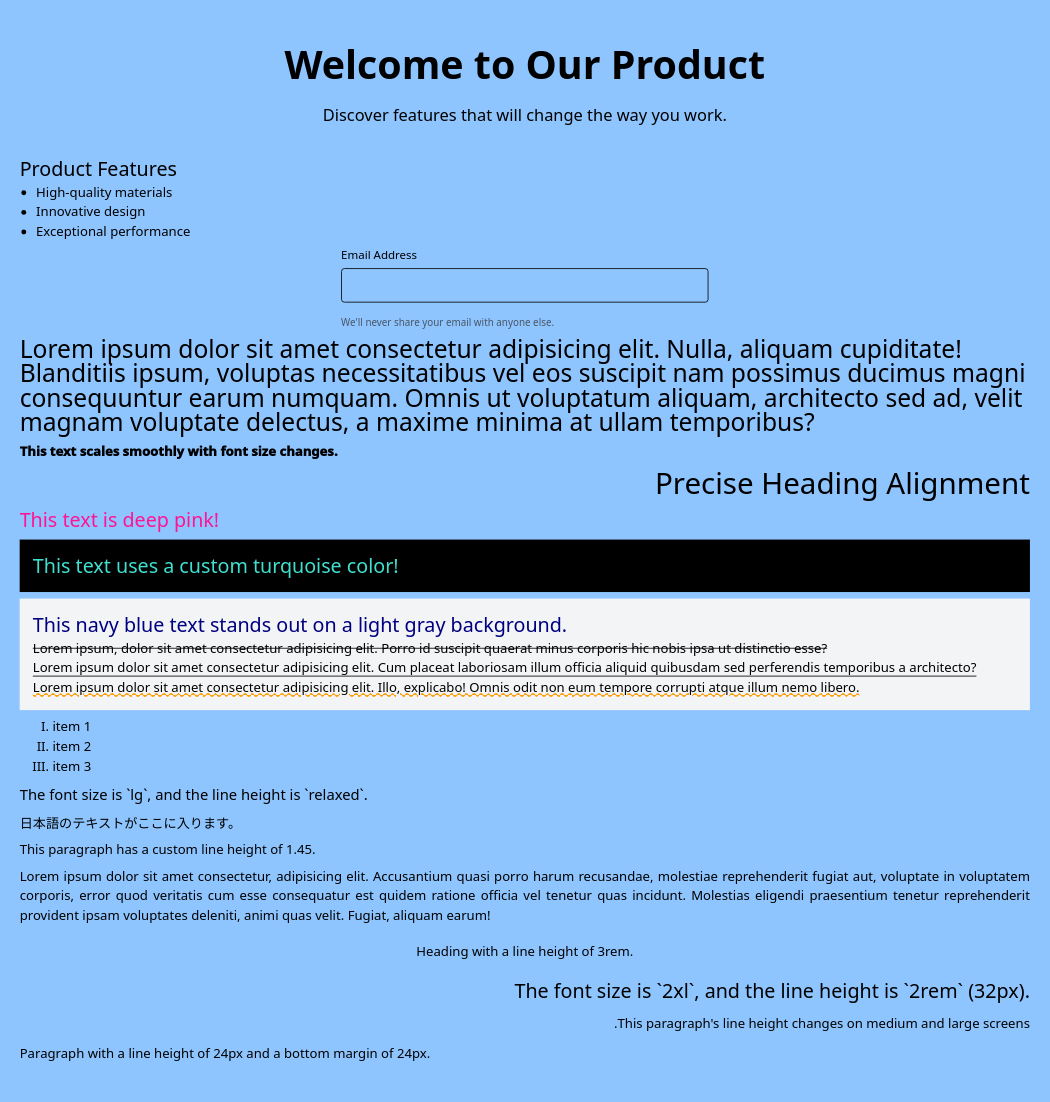
Repository: DinTri/TailwindCss
Page: index.html
These files come from the project's save history. The page is drawn as it stood at one moment and after the next save; the edit follows.
The browser window is 1280 px wide. The pictures show the whole page, at 82% of full size.
Some web fonts or font styles are not loaded; a fallback is used.

Above is the page before, as saved 2025-06-09 22:46:25.

After the next save:
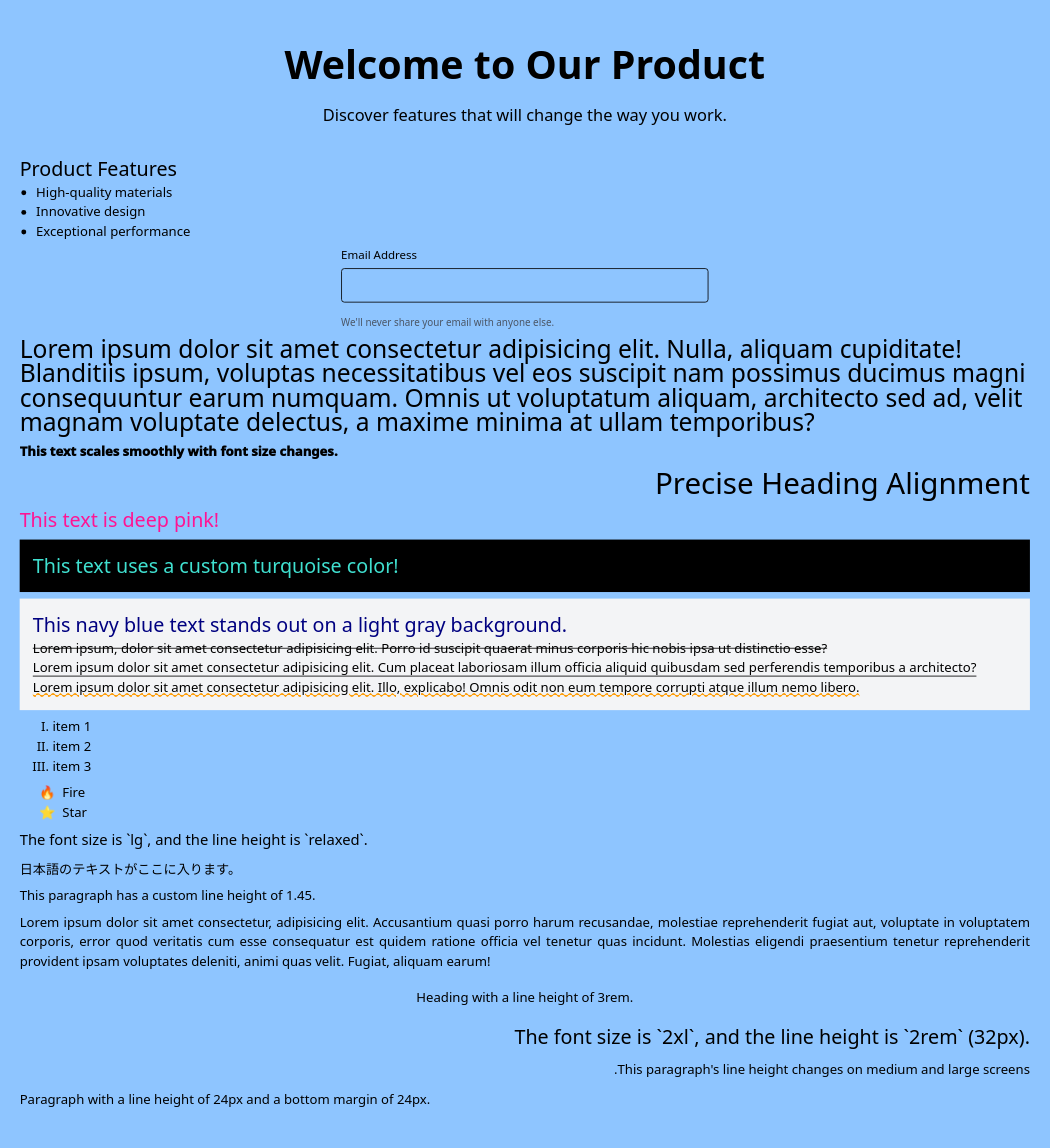
Saved 9 min 27 s later.
--- a/index.html
+++ b/index.html
@@ -66,6 +66,10 @@
   <li>item 2</li>
   <li>item 3</li>
 </ul>
+<ul class="list-emoji pl-6">
+  <li class="before:content-['🔥'] before:mr-2">Fire</li>
+  <li class="before:content-['⭐'] before:mr-2">Star</li>
+</ul>
 <p class="text-lg/relaxed">
   The font size is `lg`, and the line height is `relaxed`.
 </p>
